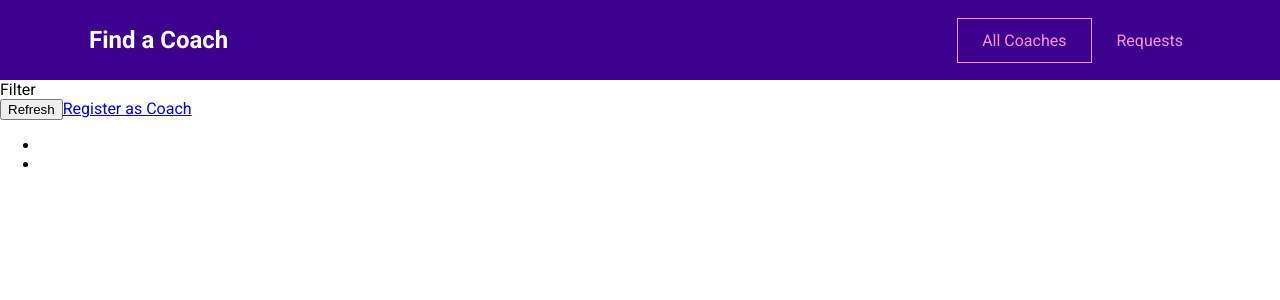
Repository: JesNatTer/coachfinder-app
Page: /
These files come from the project's save history. The page is drawn as it stood at one moment and after the next save; the edit follows.
The browser window is 1280 px wide. The pictures show the whole page.
The project was rebuilt for these pictures with package versions that can differ from the ones it lists, and the page was loaded fresh each time. Also part of the build but not shown: src/pages/coaches/CoachDetails.vue, src/pages/coaches/CoachRegister.vue, src/pages/requests/ContactCoach.vue, src/pages/requests/RequestsReceived.vue. Imported but missing from the stored project, and not drawn on this page: src/pages/NotFound.vue.

Above is the page before, as saved 2021-11-26 14:16:05.

After the next save:
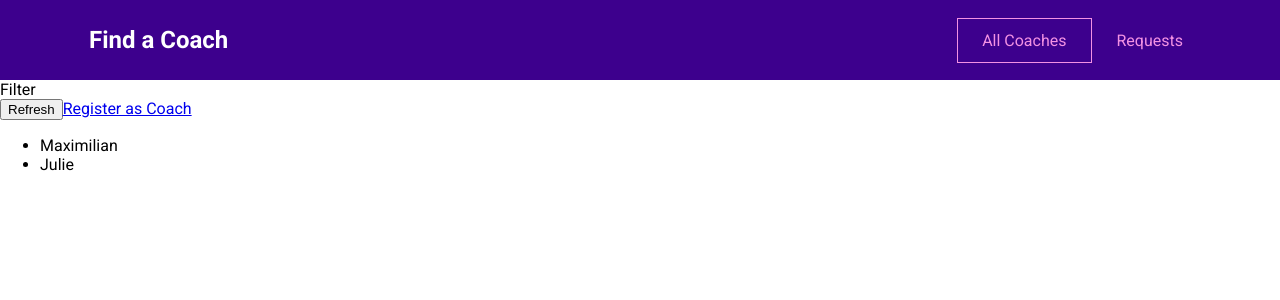
Saved 24 s later.
--- a/src/pages/coaches/CoachesList.vue
+++ b/src/pages/coaches/CoachesList.vue
@@ -6,7 +6,9 @@
             <router-link to="/register">Register as Coach</router-link>
         </div>
         <ul>
-            <li v-for="coach in filteredCoaches" :key="coach.id"></li>
+            <li v-for="coach in filteredCoaches" :key="coach.id">
+                {{ coach.firstName }}
+            </li>
         </ul>
     </section>
 </template>
